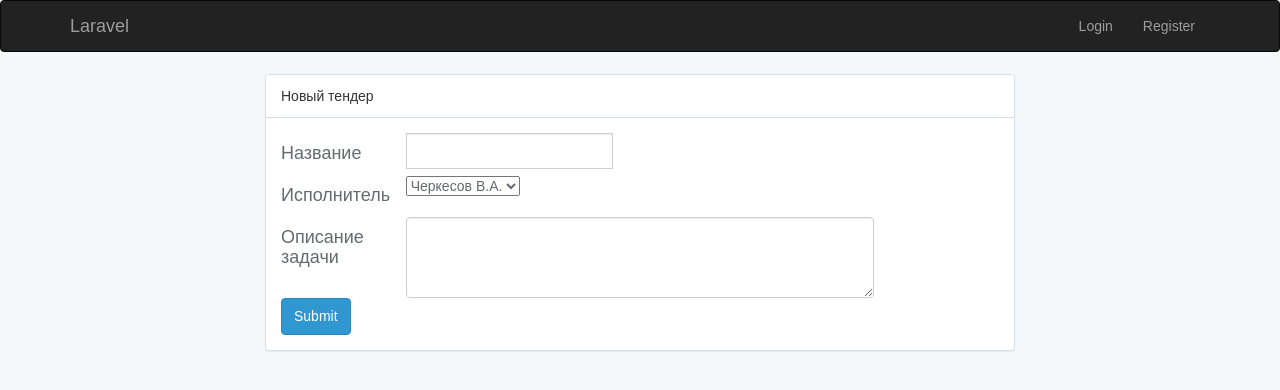
Repository: blackjack043/laravel-crud
Page: http://localhost/page2
The author's editor kept a copy of each file at every save. The page is drawn from the files as they stood at one save, then again after the next save.
The browser window is 1280 px wide. The pictures show the whole page.
Some web fonts or font styles are not loaded; a fallback is used. The page is served by the project's Laravel application, run on PHP 8.4 with Laravel 8.

Above is the page before, as saved 2022-03-06 20:52:47.

After the next save:
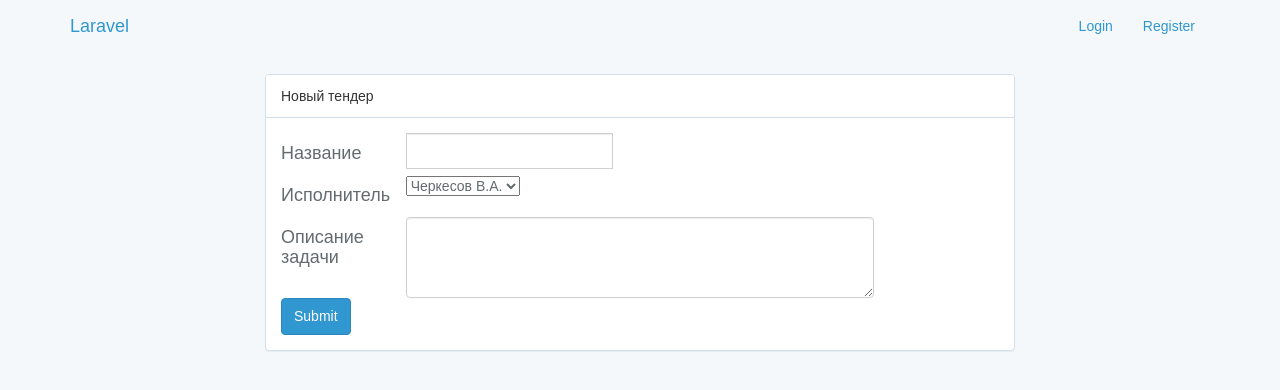
Saved 30 s later.
--- a/resources/views/layouts/app2.blade.php
+++ b/resources/views/layouts/app2.blade.php
@@ -22,7 +22,7 @@
 </head>
 <body>
     <div id="app">
-        <nav class="navbar navbar-inverse">
+        <nav class="navbar ">
             <div class="container">
                 <div class="navbar-header">
 
